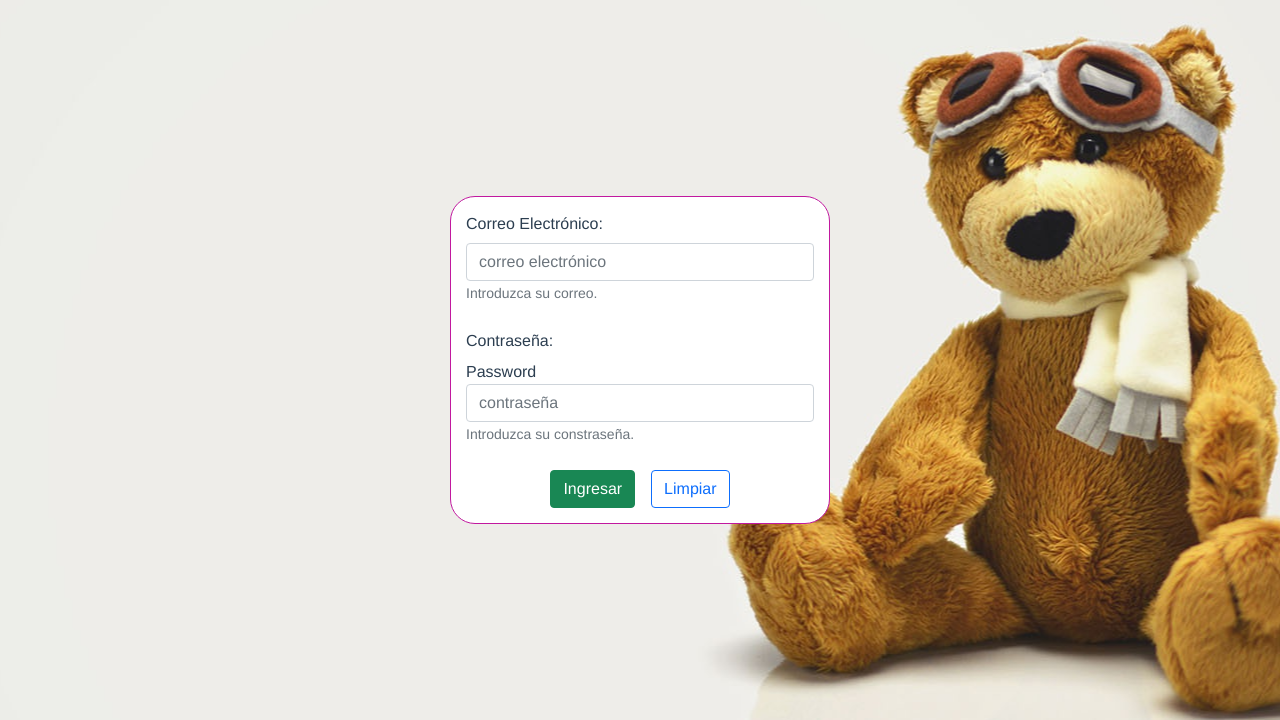
Repository: Darigo30/prueba-jugueteria
Page: /
An editor plug-in stored every save of this project. The page is shown before and after the next save, followed by the edit.
The browser window is 1280 px wide. The pictures show the whole page.
Some web fonts or font styles are not loaded; a fallback is used. The project was rebuilt for these pictures with package versions that can differ from the ones it lists, and the page was loaded fresh each time. Also part of the build but not shown: src/components/Editar.vue, src/components/Tabla.vue, src/components/Agregar.vue, src/views/Home.vue.

Above is the page before, as saved 2021-05-30 21:24:53.

### public/index.html
<!DOCTYPE html>
<html lang="">
  <head>
    <meta charset="utf-8">
    <meta http-equiv="X-UA-Compatible" content="IE=edge">
    <meta name="viewport" content="width=device-width,initial-scale=1.0">
    <link rel="icon" href="<%= BASE_URL %>favicon.ico">
    <link rel="preconnect" href="https://fonts.gstatic.com">
    <link href="https://fonts.googleapis.com/css2?family=Londrina+Solid:wght@300;400;900&display=swap" rel="stylesheet">
    <title><%= htmlWebpackPlugin.options.title %></title>
  </head>
  <body>
    <noscript>
      <strong>We're sorry but <%= htmlWebpackPlugin.options.title %> doesn't work properly without JavaScript enabled. Please enable it to continue.</strong>
    </noscript>
    <div id="app"></div>
    <!-- built files will be auto injected -->
  </body>
</html>

### src/main.js
import Vue from "vue";
import App from "./App.vue";
import router from "./router";
import store from "./store";
import { BootstrapVue, IconsPlugin } from "bootstrap-vue";

import "bootstrap/dist/css/bootstrap.css";
import "bootstrap-vue/dist/bootstrap-vue.css";

Vue.use(BootstrapVue);
Vue.use(IconsPlugin);

Vue.config.productionTip = false;

import firebase from "firebase";
import { firebaseConfig } from "../firebase";

firebase.initializeApp(firebaseConfig);

router.beforeEach((to, from, next) => {
  const isAuthenticated = localStorage.getItem("login");

  if (to.name !== "Login" && isAuthenticated !== "logueado")
    next({ name: "Login" });
  else if (to.name === "Login" && isAuthenticated === "logueado")
    next({ name: "Home" });
  else next();
});

new Vue({
  router,
  store,
  render: (h) => h(App),
}).$mount("#app");

### src/App.vue
<template>
  <div id="app">
    <router-view />
  </div>
</template>

<script>
import { mapActions } from "vuex";

export default {
  name: "App",
  methods: {
    ...mapActions(["getProductos"]),
  },
  created() {
    this.getProductos();
  },
};
</script>

<style lang="scss">
#app {
  font-family: Avenir, Helvetica, Arial, sans-serif;
  -webkit-font-smoothing: antialiased;
  -moz-osx-font-smoothing: grayscale;
  text-align: center;
  color: #2c3e50;
}

#nav {
  padding: 30px;

  a {
    font-weight: bold;
    color: #2c3e50;

    &.router-link-exact-active {
      color: #42b983;
    }
  }
}
</style>

### src/router/index.js
import Vue from "vue";
import VueRouter from "vue-router";
import Home from "../views/Home.vue";

Vue.use(VueRouter);

const routes = [
  {
    path: "/",
    name: "Home",
    component: Home,
  },
  {
    path: "/about",
    name: "About",
    // route level code-splitting
    // this generates a separate chunk (about.[hash].js) for this route
    // which is lazy-loaded when the route is visited.
    component: () =>
      import(/* webpackChunkName: "about" */ "../views/About.vue"),
  },
  {
    path: "/login",
    name: "Login",
    component: () =>
      import(/* webpackChunkName: "login" */ "../views/Login.vue"),
  },
];


const router = new VueRouter({
  mode: "history",
  base: process.env.BASE_URL,
  routes,
});

export default router;

### src/store/index.js
import Vue from "vue";
import Vuex from "vuex";
import firebase from "firebase";
import router from "@/router"

Vue.use(Vuex);

export default new Vuex.Store({
  state: {
    productos: [],
    titulos: [
      {
        label: "Código",
        key: "codigo",
      },
      {
        label: "Producto",
        key: "nombre",
      },
      {
        label: "Stock",
        key: "stock",
      },
      {
        label: "Precio",
        key: "precio",
      },
      {
        key: "actions",
        label: "Acciones",
      },
    ],
    editar: false,
    jugueteEditar: {
      nombre: "",
      precio: "",
      codigo: "",
      id: "",
      stock: "",
    },
  },
  mutations: {
    guardarProductos(state, payload) {
      const juguete = payload;
      if (!juguete) return;
      state.productos.push(juguete);
    },
    borrarProducto(state, payload) {
      const juguete = payload;
      if (!juguete) return;
      let borradoFila = state.productos.filter(juguetex => juguetex.codigo != payload.codigo );
      state.productos = borradoFila;
      console.log(borradoFila);
    },
    booleanEditar(state) {
      state.editar = true;
    },
    editarJuguete(state, payload) {
      const juguete = payload;
      state.jugueteEditar = juguete;
    },
    agregarJugueteAlState(state, payload) {
      const existeJuguete = state.productos.find((juguetito) => juguetito.codigo === payload.codigo);
       // Si no existe ingresar a la base de datos.
       if (!existeJuguete) state.productos.push(payload);
    }
  },
  actions: {
    async getProductos({ commit }) {
      const db = firebase.firestore();
      try {
        const req = await db.collection("juguetes").get();
        if (req) {
          req.docs.forEach((juguete) => {
            const obj = juguete.data();
            const id = juguete.id;
            obj.id = id;
            commit("guardarProductos", obj);
          });
        }
      } catch (error) {
        console.log(error);
      }
    },
    async deleteProducto({ commit }, payload) {
      const juguete = payload;
      if (!juguete) return;
      const idFirebase = juguete.id;

      // Eliminar desde Firebase
      try {
        const db = firebase.firestore();
        const req = await db.collection("juguetes").doc(idFirebase).delete();
        console.log(req);
      } catch (error) {
        console.log(error);
      }

      // Eliminar desde Vuex
      commit("borrarProducto", juguete);
    },
    //actualizar tabla juguetes
    async updateProducto({ commit }, payload) {
      const juguete = payload;
      if (!juguete) return;
      const idFirebase = juguete.id;

      // Firebase
      try {
        const req = await firebase.firestore().collection("juguetes").doc(idFirebase).update({
            codigo: juguete.codigo,
            stock: juguete.stock,
            nombre: juguete.nombre,
            precio: juguete.precio
          });
        console.log(req);
      } catch (error) {
        console.log(error);
      }
      // Vuex
      commit();
    },
    //Agrego nuevo producto
    async crearNuevoProducto({ commit }, payload) {
      const nuevo = payload;
      if (!nuevo) return;
     // Actualizar el state
      commit("agregarJugueteAlState", nuevo);
      await firebase.firestore().collection("juguetes").add(nuevo);
    },
    cerrar(){
      localStorage.removeItem("login")
      firebase.auth().signOut()
      .then(() => {
          router.push('/login')
          .catch(error => {
            console.info(error)
         });
      });
  }
  },
  modules: {},
});

### firebase.js
// import firebase from "firebase";

const firebaseConfig = {
  apiKey: "AIzaSyDvwglZwsMT4GnbYgCJ6nH0Bmr47wSCZrA",
  authDomain: "bd-dari.firebaseapp.com",
  projectId: "bd-dari",
  storageBucket: "bd-dari.appspot.com",
  messagingSenderId: "200953098330",
  appId: "1:200953098330:web:2519dca58d3ee2c2336863",
  measurementId: "G-12NBXGDB2J"
};
export { firebaseConfig };

### src/views/Login.vue
<template>
<div class="bg">
   <b-container>
    <b-row style="height: 100vh">
      <b-col class="m-auto fo" cols="12" md="4">
        <b-form-group
          label="Correo Electrónico:"
          description="Introduzca su correo."
          class="text-start mb-4"
        >
          <b-form-input
            v-model="form.email"
            type="email"
            placeholder="correo electrónico"
          ></b-form-input>
        </b-form-group>

        <b-form-group
          label="Contraseña:"
          description="Introduzca su constraseña."
          class="text-start mb-4"
        >
          <label>Password</label>
          <b-form-input
            v-model="form.pass"
            type="password"
            placeholder="contraseña"
          ></b-form-input>
        </b-form-group>

        <b-button @click="login" variant="success" class="me-3"
          >Ingresar</b-button
        >
        <b-button @click="limpiar" variant="outline-primary">Limpiar</b-button>
      </b-col>
    </b-row>
  </b-container>
</div>

</template>

<script>
import firebase from "firebase";

export default {
  name: "Login",
  data() {
    return {
      form: {
        email: "",
        pass: "",
      },
    };
  },
  methods: {
    async login() {
      try {
        if (!this.form && !this.form.email && !this.form.pass) return;
        const req = await firebase
          .auth()
          .signInWithEmailAndPassword(this.form.email, this.form.pass);
        console.log(req);
        // if (req && req != null) this.$router.push("/");

        if (req && req != null) {
          localStorage.setItem("login", "logueado");
          this.$router.push("/");
        }
      } catch (error) {
        const errorCode = error.code;
        const errorMessage = error.message;
        console.log("Código de Error", errorCode);
        console.log("Mensaje de Error", errorMessage);
      }
    },
    limpiar() {
      if (!this.form) return;
      this.form.email = "";
      this.form.pass = "";
    },
  },
};
</script>
<style scoped>
    .bg{
      background-image: url('../assets/osito.jpg');
      background-position: center;
      background-repeat: no-repeat;
  }
  .fo{
    background: #fff;
    padding: 15px;
    border: 1px solid #c1189f;
    border-radius: 25px;
  }

</style>

After the next save:
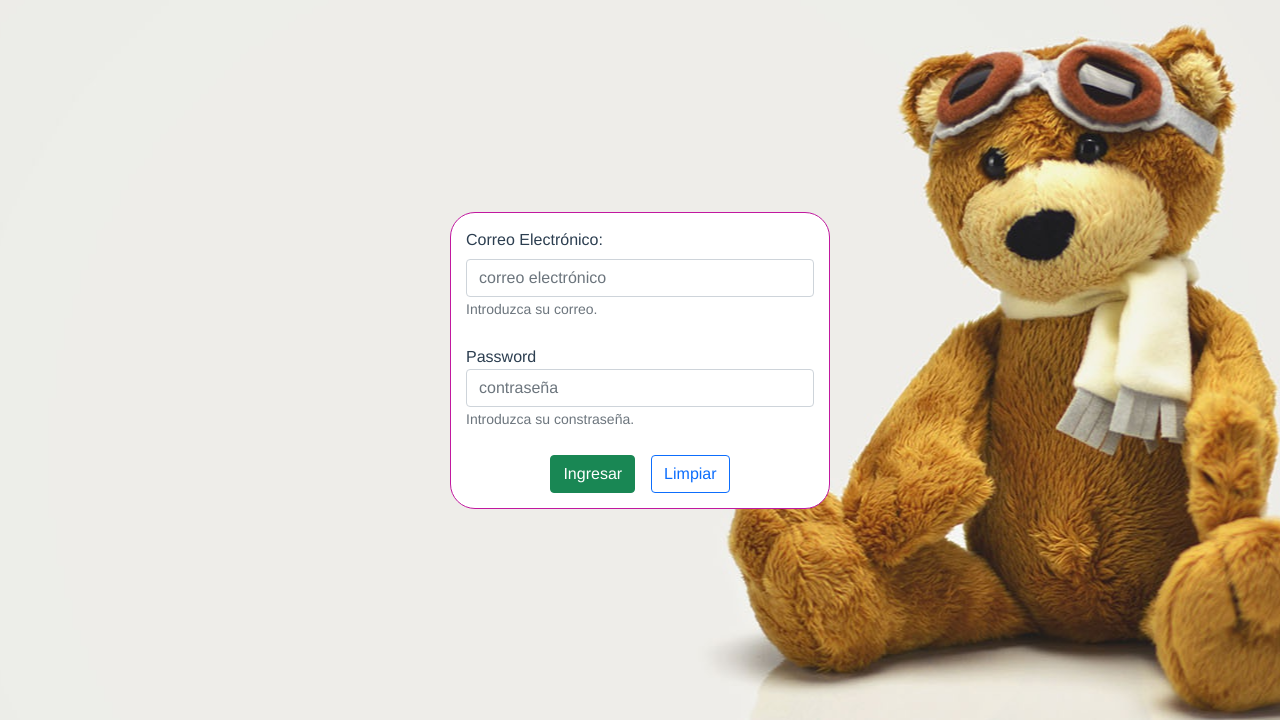
Saved 21 s later.
--- a/src/views/Login.vue
+++ b/src/views/Login.vue
@@ -16,7 +16,6 @@
         </b-form-group>
 
         <b-form-group
-          label="Contraseña:"
           description="Introduzca su constraseña."
           class="text-start mb-4"
         >
